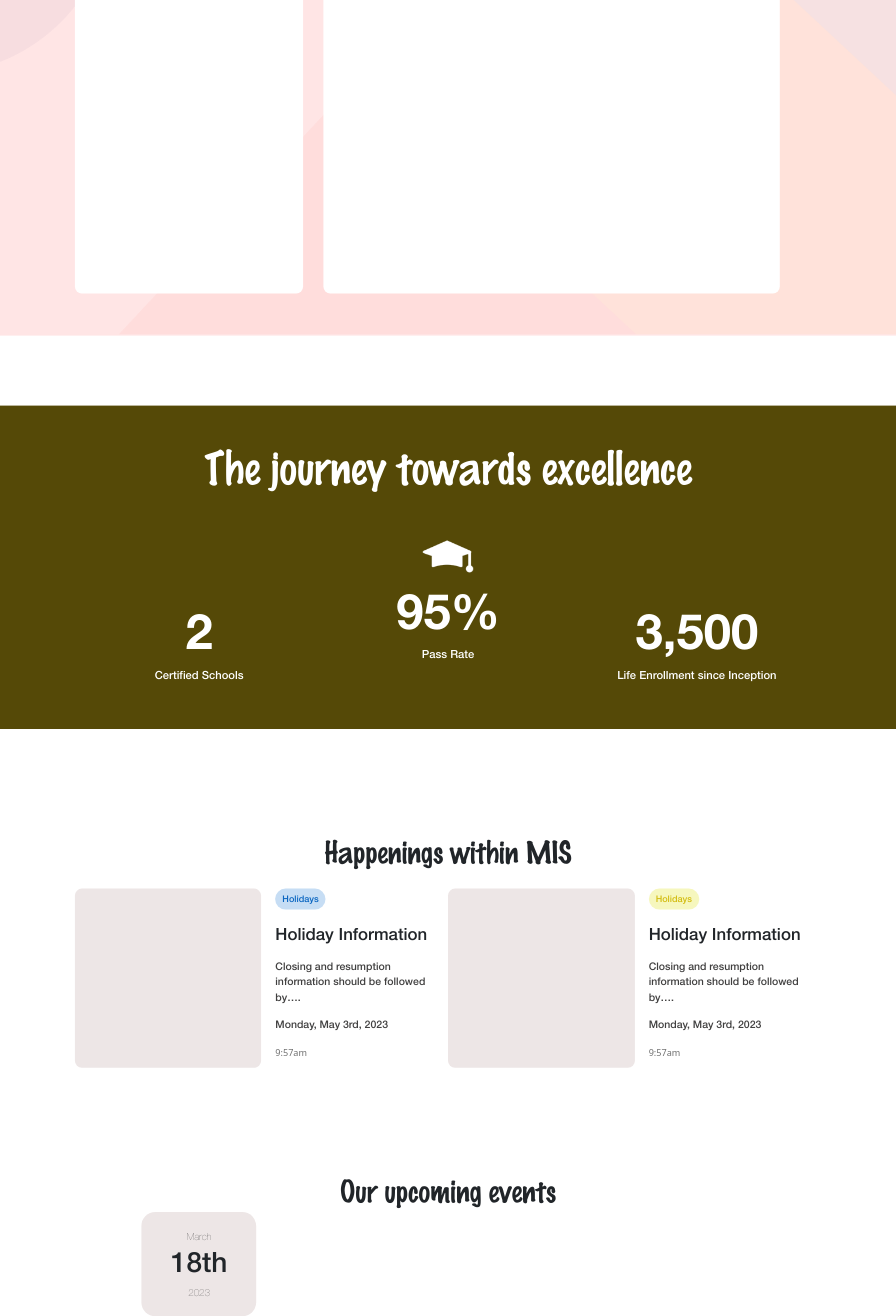
Repository: sarahnnanyelugo/MIGS
Page: /
The author's editor kept a copy of each file at every save. The page is drawn from the files as they stood at one save, then again after the next save.
The browser window is 1280 px wide. The pictures show the part of the page from y = 3479 to 5399 px (the page is 5359 px tall before and 5399 px after), at 70% of full size.
The project was rebuilt for these pictures with package versions that can differ from the ones it lists, and the page was loaded fresh each time.

Above is the page before, as saved 2023-05-30 14:05:00.

### src/App.scss
@font-face {
  font-family: maker;
  src: url(./assets/fonts/marker-felt/Marker-Felt.ttf);
}
@font-face {
  font-family: helveticaB;
  src: url(./assets/fonts/helvetica/HelveticaNeueBold.ttf);
}
@font-face {
  font-family: helveticaM;
  src: url(./assets/fonts/helvetica/HelveticaNeueMedium.ttf);
}
@font-face {
  font-family: helveticaR;
  src: url(./assets/fonts/helvetica/HelveticaNeueRegular.ttf);
}

h1,
h2,
h3,
h4,
h5,
h6 {
  font-family: maker;
}

### src/pages/Home/Home.js
import React from "react";
import { AppModal } from "../../components/AppModal/AppModal";
import LandingImg from "../../assets/images/table.jpeg";
import Grad from "../../assets/images/grad.png";
import "./home.scss";
import CountUp from "react-countup";
import { Link } from "react-router-dom";
import Events from "./Events";

function Home() {
  return (
    <>
      <div className="col-md-12 landing-img">
        {/* <img
          className="tech-logo"
          src={LandingImg}
          alt="Scholar"
          width="100%"
        />{" "} */}
        <div className="centered col-md-5 offset-md-1">
          <h1>Excellence is our birthright</h1>
        </div>
      </div>
      <center>
        <div className="col-md-12 welcome-div">
          <div className="col-md-7 welcome-header mtt">
            <h1>Welcome to Montessori International Group of Schools</h1>
          </div>
          <div className="col-md-5 mt3 welcome-paragraph">
            <p>
              {" "}
              On behalf of the Management and staff of Montessori International
              School, we welcome you to our website. We are grateful for another
              opportunity to offer you our best and are dedicated to ensuring
              that your child grows up balanced in all endeavours of life and
              not just academically.
            </p>
          </div>
        </div>
      </center>

      <div className="col-md-10 offset-md-1 section-div">
        <center>
          <h1>Our School Sections</h1>
        </center>
        <div className="col-md-12 flexy">
          <div className="col-md-4">
            <div className="col-md-11 sections-container early-years">
              {/* <img
          className="tech-logo"
          src={LandingImg}
          alt="Scholar"
          width="100%"
        />{" "} */}
              <div class="bottom-left col-md-1">
                <h2>Early Years</h2>
              </div>
            </div>
          </div>{" "}
          <div className="col-md-4">
            <div className="col-md-11 sections-container primary">
              {/* <img
          className="tech-logo"
          src={LandingImg}
          alt="Scholar"
          width="100%"
        />{" "} */}
              <div class="bottom-left col-md-1">
                {" "}
                <h2>Primary School</h2>
              </div>
            </div>
          </div>{" "}
          <div className="col-md-4">
            <div className="col-md-11 sections-container special ">
              {/* <img
          className="tech-logo"
          src={LandingImg}
          alt="Scholar"
          width="100%"
        />{" "} */}
              <div class="bottom-left col-md-1">
                {" "}
                <h2>Special Education</h2>
              </div>
            </div>
          </div>
        </div>
      </div>
      <div className="col-md-8 offset-md-3 flexy">
        <div className="col-md-5">
          <div className="col-md-11 sections-container junior ">
            {/* <img
          className="tech-logo"
          src={LandingImg}
          alt="Scholar"
          width="100%"
        />{" "} */}
            <div class="bottom-left col-md-1">
              {" "}
              <h2>Special Education</h2>
            </div>
          </div>
        </div>
        <div className="col-md-5">
          <div className="col-md-11 sections-container senior ">
            {/* <img
          className="tech-logo"
          src={LandingImg}
          alt="Scholar"
          width="100%"
        />{" "} */}
            <div class="bottom-left col-md-1">
              {" "}
              <h2>Special Education</h2>
            </div>
          </div>
        </div>
      </div>
      <div className="col-md-12 birthright-div">
        <center>
          <div className="col-md-6">
            <h1>
              Excellence is our<span>BIRTHRIGHT</span>
            </h1>
            <p>
              On behalf of the Management and staff of Montessori International
              School, we welcome you to our website. We are grateful for another
              opportunity to offer you our best and are dedicated to ensuring
              that your child grows up balanced in all endeavours of life and
              not just academically.
            </p>
          </div>
        </center>
        <div className="col-md-10 offset-md-1 flexy">
          <div className="col-md-8 ">
            <div className="col-md-11 img-div">
              {" "}
              {/* <img
          className="tech-logo"
          src={LandingImg}
          alt="Scholar"
          width="100%"
        />{" "} */}
            </div>
          </div>{" "}
          <div className="col-md-4 ">
            <div className="col-md-11 img-div">
              {" "}
              {/* <img
          className="tech-logo"
          src={LandingImg}
          alt="Scholar"
          width="100%"
        />{" "} */}
            </div>
          </div>
        </div>{" "}
        <div className="col-md-10 offset-md-1 flexy mt2">
          {" "}
          <div className="col-md-4 ">
            <div className="col-md-11 img-div">
              {" "}
              {/* <img
          className="tech-logo"
          src={LandingImg}
          alt="Scholar"
          width="100%"
        />{" "} */}
            </div>
          </div>
          <div className="col-md-8 ">
            <div className="col-md-11 img-div">
              {" "}
              {/* <img
          className="tech-logo"
          src={LandingImg}
          alt="Scholar"
          width="100%"
        />{" "} */}
            </div>
          </div>{" "}
        </div>
      </div>
      <div className="col-md-12 stats-div">
        <center>
          <h1>The journey towards excellence</h1>
        </center>
        <div className="col-md-10 offset-md-1 flexy">
          {" "}
          <div className="col-md-4 mtt stats">
            <center>
              {" "}
              <h1>
                {" "}
                <CountUp
                  start={0}
                  end={2}
                  duration={3}
                  decimal=""
                  prefix=" "
                  suffix=""
                  enableScrollSpy={true}
                />
              </h1>
              <p>Certified Schools</p>
            </center>
          </div>{" "}
          <div className="col-md-4 mt5 stats">
            <center>
              <img className="tech-logo" src={Grad} alt="Scholar" width="20%" />{" "}
              <h1>
                {" "}
                <CountUp
                  start={0}
                  end={95}
                  duration={3}
                  decimal=""
                  prefix=" "
                  suffix="%"
                  enableScrollSpy={true}
                />
              </h1>
              <p>Pass Rate</p>
            </center>
          </div>{" "}
          <div className="col-md-4 mtt stats">
            <center>
              {" "}
              <h1>
                {" "}
                <CountUp
                  start={0}
                  end={3500}
                  duration={3}
                  decimal=""
                  prefix=" "
                  suffix=""
                  enableScrollSpy={true}
                />
              </h1>
              <p>Life Enrollment since Inception</p>
            </center>
          </div>
        </div>
      </div>
      <div className="col-md-10 offset-md-1 news-div mtt">
        <center>
          <h1>Happenings within MIS</h1>
        </center>
        <div className="flexy mt3">
          <div className="col-md-6 flexy">
            <div className="col-md-6 img-div2"></div>
            <div className="col-md-6 news-details">
              <button className="holidays">Holidays</button>
              <h4>Holiday Information</h4>
              <Link className="normal-link" to={"/"}>
                <p>
                  Closing and resumption information should be followed by….
                </p>
              </Link>
              <p>Monday, May 3rd, 2023</p>
              <small>9:57am</small>
            </div>
          </div>
          <div className="col-md-6 flexy mt23">
            <div className="col-md-6 img-div2"></div>
            <div className="col-md-6 news-details">
              <button className="events">Holidays</button>
              <h4>Holiday Information</h4>
              <Link className="normal-link" to={"/"}>
                <p>
                  Closing and resumption information should be followed by….
                </p>
              </Link>
              <p>Monday, May 3rd, 2023</p>
              <small>9:57am</small>
            </div>
          </div>
        </div>
      </div>
      <div className="col-md-10 offset-md-1 mtt">
        <center>
          <h1>Our upcoming events</h1>
        </center>
        <div className="flexy">
          <div className="col-md-4">
            <center>
              <Events year="2023" month="March" day="18th" />
            </center>
          </div>
        </div>
      </div>
      <div>
        <AppModal />
      </div>
    </>
  );
}

export default Home;

### src/components/NavBar/NavBar.jsx
import React, { useEffect, useState, useRef } from "react";
import { Link, NavLink } from "react-router-dom";
import "./_navbar.scss";
import { useLocation } from "react-router-dom";
// import Icofont from "react-icofont";
import Logo from "../../assets/images/logo2.png";

function NavBar() {
  return (
    <>
      <div className="nav-container col-md-10 offset-md-1">
        {" "}
        <div className=" col-md-1 tech-logo-div">
          {" "}
          <img className="tech-logo" src={Logo} alt="Scholar" width="60%" />
        </div>
        <ul className="list-inline list-unstyled ">
          <li className="list-inline-item">
            <NavLink className="tech-links cool-link" to={"/"}>
              About
            </NavLink>
          </li>
          <li className="list-inline-item">
            <NavLink className="tech-links cool-link">Admission</NavLink>
          </li>
          <li className="list-inline-item">
            <NavLink className="tech-links cool-link">Academics</NavLink>
          </li>
          <li className="list-inline-item">
            <NavLink className="tech-links cool-link">IEC</NavLink>
          </li>{" "}
          <li className="list-inline-item">
            <NavLink className="tech-links cool-link">E-shop</NavLink>
          </li>
          <li className="list-inline-item">
            <NavLink className="tech-links cool-link">Gallery</NavLink>
          </li>
          <li className="list-inline-item">
            <button className="nav-btn">e-portal</button>
          </li>
        </ul>
      </div>
    </>
  );
}

export default NavBar;

### src/pages/Home/home.scss
@import "../../variables";
@import "../../shared-styles";
.landing-img {
  position: relative;
  text-align: left;
  color: #fff;
  height: 800px;
  background-color: grey;
}
.centered {
  position: absolute;
  top: 50%;
  left: 20%;

  transform: translate(-50%, -50%);
  h1 {
    font-size: 114px !important;
  }
}
.welcome-header {
  color: #707070;

  h1 {
    font-size: 60px;
  }
}
.welcome-paragraph {
  p {
    color: #707070;
    font-family: helveticaM;
  }
}
.welcome-div {
  height: 800px;
  background: url("../../assets/images/curly.png");
  background-size: contain;
  background-repeat: no-repeat;
}
.section-div {
  margin-top: -280px;

  h1 {
    font-size: 60px;
    color: #707070;
  }
}
.sections-container {
  position: relative;
  text-align: center;
  margin-bottom: 50px;
  border-radius: 10px;
  height: 358px;
}
.bottom-left {
  position: absolute;
  bottom: 8px;
  left: 16px;
}
.early-years {
  background: #ff5252;
  color: #fff;
}
.primary {
  background: #f2e15f;
  color: #000;
}
.special {
  background: #838383;
  color: #fff;
}
.junior {
  background: #2ebbef;
  color: #fff;
}
.senior {
  background: #30eaa9;
  color: #000;
}
.birthright-div {
  background: url("../../assets/images/pink-bg.png");
  background-size: cover;
  background-repeat: no-repeat;
  padding: 60px 0;
  margin: 100px 0;
  h1 {
    margin-bottom: 20px;
  }
  span {
    color: $red;
    font-size: 60px;
  }
  color: #707070;
  p {
    font-family: helveticaM;
    margin-bottom: 100px;
  }
  .img-div {
    height: 487px;
    border-radius: 10px;
    background: #fff;
  }
}
.stats-div {
  background: #554907;
  padding: 50px 0;
  h1 {
    color: #fff;
    font-size: 60px;
    // margin-bottom: 40px;
  }
  .stats {
    h1 {
      color: #fff;
      font-size: 70px;
      font-family: helveticaB;
    }
    p {
      color: #fff;
      font-family: helveticaM;
    }
  }
}
.news-div {
  margin-bottom: 50px;
  .img-div2 {
    background: #ede6e6;
    border-radius: 10px;
    height: 256px;
  }
  .news-details {
    padding: 0 0 0 20px;
    h4 {
      font-family: helveticaM;
      margin: 20px 0;
    }
    button {
      border: none;
      width: 72px;
      height: 30px;
      font-size: 13px;
      font-family: helveticaM;
      border-radius: 35px;
    }
    p {
      font-family: helveticaM;
      color: #414040;
      font-size: 15px;
    }
    small {
      font-size: 13px;
      color: #707070;
    }
    .holidays {
      background: #c6ddf4;
      color: #0b66c1;
    }
    .events {
      background: #f6f7be;
      color: #d3bd13;
    }
  }
}
.events-container {
  height: 149px;
  background: #ede6e6;
  width: 164px;
  border-radius: 20px;
  padding-top: 22px;
  h1 {
    font-family: helveticaM;
  }
  small {
    font-family: helveticaR;
    color: #414040;
  }
}

### src/components/NavBar/_navbar.scss
@import "../../variables";
@import "../../shared-styles";

.nav-container {
  display: flex;
  padding-top: 20px;
  position: relative;
  z-index: 2 !important;
  padding-bottom: 0;
  height: 90px;
  background-color: #fff !important;
  ul li {
    margin-top: 0px !important;
  }
  .nav-btn {
    @include app-btn;
    padding: 8px 40px;
    // margin-top: 0 !important;
    border: none;
  }
  .tech-logo-div {
    flex-grow: 1 !important;
    margin-top: -10px;
  }
  .tech-links {
    color: #000;
    text-decoration: none;
    font-family: helveticaM;
    margin: 0px 28px !important;
    &:hover {
      color: $red;
    }
  }
}

### src/_variables.scss
$yellow: rgb(255, 210, 16);
$red: #ff5252;
$skyblue: rgb(83, 180, 242);
$lightblue: rgb(12, 99, 177);
$lightblue2: rgb(12, 88, 160);
$lighterblue: rgb(211, 236, 252);
$deepblue2: rgb(0, 79, 157);
$mainblue: rgb(1, 71, 141);

@mixin app-btn {
  color: #fff;
  border-radius: 35px;
  padding: 8px 130px;
  font-size: 14px;
  background: $red;

  font-family: helveticaM;
  &:hover {
    background: #c90e0e;
    transition: 0.5s ease;
  }
}

### src/_shared-styles.scss
@import "./variables";

@media screen and (max-width: 620px) {
  .flexyM {
    display: flex !important;
  }
  .side-menu {
    display: none !important;
  }
  .page-body {
    padding: 20px;
  }

  .dn {
    display: none;
  }
  .holder img {
    height: 200px;
    margin-top: 40px !important;
  }
  .overlay {
    bottom: -30px !important;
  }
  .m-margin {
    margin-top: 0 !important;
    margin-bottom: 0 !important;
  }
  .navigations {
    display: none;
  }
  .breadcrum {
    margin-top: 350px !important;
  }
}
@media screen and (min-width: 620px) {
  .flexy {
    display: flex;
  }
  .spread {
    display: flex;
  }
  // {
  //   display:none;
  // }
}

/* Container needed to position the overlay. Adjust the width as needed */
.holder {
  position: relative;
  width: 100%;
}

.side-nav2 {
  @media screen and (max-width: 620px) {
    padding: 0 10px 0;
  }
}
.br {
  border-radius: 10px;
}
.mt1 {
  margin-top: 10px;
}
.mt2 {
  margin-top: 20px;
}
.mt3 {
  margin-top: 30px;
}
.mt4 {
  margin-top: 40px;
}
.mt5 {
  margin-top: 50px;
}
.mt6 {
  margin-top: 60px;
}
.mt7 {
  margin-top: 70px;
}
.mt8 {
  margin-top: 80px;
}
.mt9 {
  margin-top: 90px;
}
.mt {
  margin-top: 120px;
}
.mtt {
  margin-top: 150px;
}
.mr1 {
  margin-right: 10px;
}
.mr2 {
  margin-right: 20px;
}
.mr3 {
  margin-right: 30px;
}
.mr4 {
  margin-right: 40px;
}
.mr5 {
  margin-right: 50px;
}
.mr6 {
  margin-right: 60px;
}
.mr7 {
  margin-right: 70px;
}
.mb1 {
  margin-bottom: 10px;
}
.mb2 {
  margin-bottom: 20px;
}
.mb3 {
  margin-bottom: 30px;
}
.mb4 {
  margin-bottom: 40px;
}
.mb5 {
  margin-bottom: 50px;
}
.mb6 {
  margin-bottom: 60px;
}
.ml2 {
  margin-left: 20px;
}
.ml3 {
  margin-left: 30px;
}
.ml4 {
  margin-left: 40px;
}
.ml5 {
  margin-left: 50px;
}
.ml6 {
  margin-left: 60px;
}

.app-btn {
  @include app-btn;
  width: 100% !important;
}
.tac {
  text-align: center;
}
.normal-link {
  font-family: helveticaM;
  color: black !important;
  text-decoration: none;
}

Loaded but not shown: public/index.html (common file); src/index.css (common file); src/reportWebVitals.js (common file); src/components/scrollToTop.js (common file); src/components/AppModal/AppModal.js (60 lines, source omitted); src/App.js (24 lines, source omitted); src/index.js (18 lines, source omitted); src/pages/Home/Events.js (15 lines, source omitted); src/components/AppModal/_app-modal.scss (464 lines, source omitted)

After the next save:
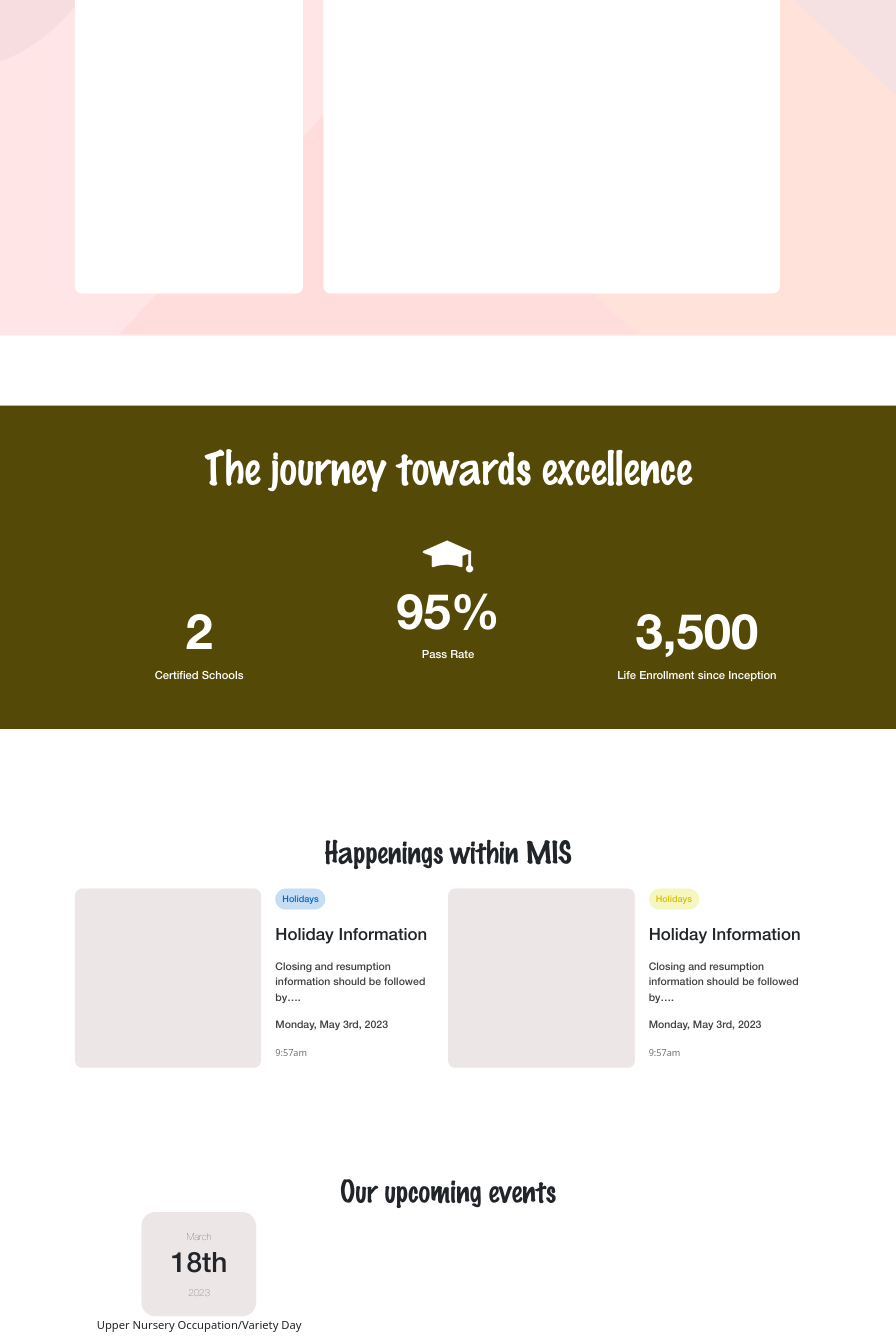
Saved 25 s later.
--- a/src/pages/Home/Home.js
+++ b/src/pages/Home/Home.js
@@ -287,6 +287,7 @@ function Home() {
           <div className="col-md-4">
             <center>
               <Events year="2023" month="March" day="18th" />
+              <p>Upper Nursery Occupation/Variety Day</p>
             </center>
           </div>
         </div>
